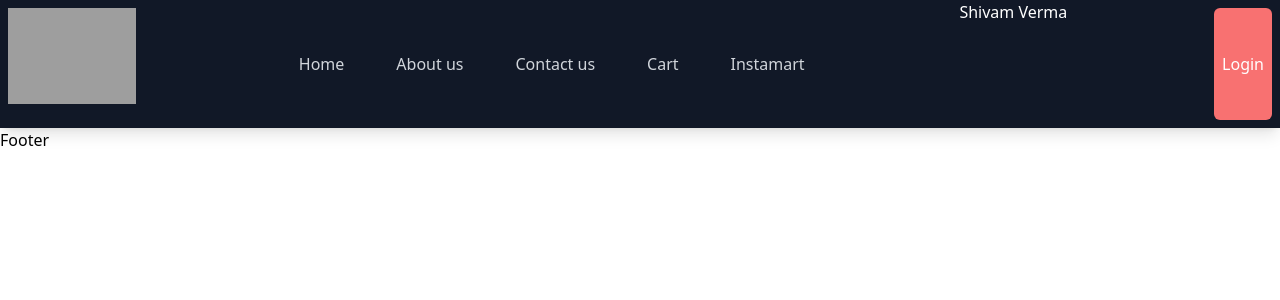
Repository: shivamv97/FOOD-VILLA-APP
Page: /
An editor plug-in stored every save of this project. The page is shown before and after the next save, followed by the edit.
The browser window is 1280 px wide. The pictures show the whole page.
Pictures or frames that could not be fetched are drawn as grey boxes. The page's requests for data from a server got no answer. The project was rebuilt for these pictures with package versions that can differ from the ones it lists, and the page was loaded fresh each time. No one was signed in, and anything a server would have sent is missing. Also part of the build but not shown: src/components/RestaurantCards.js, src/components/About.js, src/components/Error.js, src/components/ContactUs.js, src/utils/useRestaurant.js, src/components/RestaurantMenu.js, src/components/Profile.js.

Above is the page before, as saved 2024-09-27 16:28:31.

### index.html
<!DOCTYPE html>
<html lang="en" class="m-0 p-0">
  <head>
    <meta charset="UTF-8" />
    <meta name="viewport" content="width=device-width, initial-scale=1.0" />
    <title>Learning REACT</title>
    <link rel="stylesheet" href="style.css" />
    <!-- <script src="https://cdn.tailwindcss.com"></script> -->
  </head>
  <body>
    <div id="root">Not Rendered</div>
    <!-- <script
      crossorigin
      src="https://unpkg.com/react@18/umd/react.development.js"
    ></script>
    <script
      crossorigin
      src="https://unpkg.com/react-dom@18/umd/react-dom.development.js"
    ></script> -->
    <script type="module" src="src/App.js"></script>
  </body>
</html>

### src/App.js
import React, { lazy, Suspense } from "react";
import ReactDOM from "react-dom/client";
import HeaderComponent from "./components/Title";
import Body from "./components/Body";
import Footer from "./components/Footer";
import About from "./components/About";
import Error from "./components/Error";
import Contact from "./components/ContactUs";
import RestaurantMenu from "./components/RestaurantMenu";
import Profile from "./components/Profile";
import { createBrowserRouter, RouterProvider, Outlet } from "react-router-dom";
import Shimmer from "./components/Shimmer";
// import Instamart from "./components/Instamart";

const Instamart = lazy(() => import("./components/Instamart")); //Lazy Loading
//Return Promise

const AppLayout = () => {
  return (
    <>
      <HeaderComponent />
      <Outlet />
      <Footer />
    </>
  );
};

const appRouter = createBrowserRouter([
  {
    path: "/",
    element: <AppLayout />,
    errorElement: <Error />,
    children: [
      //Nested Routing
      {
        path: "/",
        element: <Body />,
      },
      {
        path: "/About", //parentPath/{path} => localhost:1234/about/profile
        element: <About />,
        children: [
          {
            path: "profile", //parentPath/{path} => localhost:1234/about/profile
            element: <Profile />,
          },
        ],
      },
      {
        path: "/Contact",
        element: <Contact />,
      },
      {
        path: "/Restaurant/:restaurantId", //Dynamic Routing
        element: <RestaurantMenu />,
      },
      {
        path: "/Instamart",
        element: (
          <Suspense fallback={<Shimmer />}>
            <Instamart />
          </Suspense>
        ),
      },
    ],
  },
]);

const root = ReactDOM.createRoot(document.getElementById("root"));

root.render(<RouterProvider router={appRouter} />);
//root will render according to the AppRouter

### src/components/Title.js
import { useState, useContext } from "react";
import { Link } from "react-router-dom";
import UserContext from "../utils/UserContext";
import useOnline from "../utils/useOnline";

const LoggedInUser = () => {
  //API used for authentication
  return true;
};

const Title = () => (
  <a href="/ ">
    <img
      className="h-28 p-2"
      alt="logo"
      src="https://encrypted-tbn0.gstatic.com/images?q=tbn:ANd9GcTJtFXKFKFoihdrJEvX4jBtXqfcO2kJ0KAlIg&s"
    />
  </a>
);

const HeaderComponent = () => {
  const [isLoggedIn, setisLoggedIn] = useState(false);

  const isOnline = useOnline();

  const { user } = useContext(UserContext);
  return (
    <div className="flex justify-between bg-gray-900 shadow-lg">
      <Title />
      <div className="nav-items">
        <ul className="flex py-10 gap-9 px-2">
          <li className="rounded-md py-3 px-2 font-medium text-gray-300 hover:bg-gray-500 hover:text-white">
            <Link to="/">Home </Link>
          </li>
          <li className="rounded-md py-3 px-2 font-medium text-gray-300 hover:bg-gray-500 hover:text-white">
            <Link to="/About">About us</Link>
          </li>
          <li className="rounded-md py-3 px-2 font-medium text-gray-300 hover:bg-gray-500 hover:text-white">
            <Link to="/Contact">Contact us</Link>
          </li>
          <li className="rounded-md py-3 px-2 font-medium text-gray-300 hover:bg-gray-500 hover:text-white">
            <Link to="#">Cart</Link>
          </li>
          <li className="rounded-md py-3 px-2 font-medium text-gray-300 hover:bg-gray-500 hover:text-white">
            <Link to="/Instamart">Instamart</Link>
          </li>
        </ul>
      </div>
      {/* <h1>{isOnline ? "🟢" : "No"}</h1> */}
      <h2 style={{ color: "white" }}>{user.name}</h2>
      {isLoggedIn ? (
        <button
          onClick={() => setisLoggedIn(false)}
          className="bg-red-400 text-white rounded-md m-2 p-2"
        >
          Logout
        </button>
      ) : (
        <button
          onClick={() => setisLoggedIn(true)}
          className="bg-red-400 text-white rounded-md m-2 p-2"
        >
          Login
        </button>
      )}
    </div>
  );
};

export default HeaderComponent;

### src/components/Body.js
import { restaurantlist, restaurant_data } from "../config";
import RestrauntCard from "./RestaurantCards";
import { useState, useEffect } from "react";
import Shimmer from "./Shimmer";
import { Link } from "react-router-dom";
import { filterdata } from "../utils/shares";
import useOnline from "../utils/useOnline";

const Body = () => {
  // const searchTxt = "KFC"; //for reference...(IN JS)
  const [AllRestaurants, setAllRestaurants] = useState([]);
  const [FilteredRestaurants, setFilteredRestaurants] = useState([]); //restaurantlist
  const [searchText, setsearchText] = useState(""); //To create state variable.......(IN REACT)
  // console.log("render()");

  useEffect(() => {
    //API call
    GetRestaurants();
  }, []);

  async function GetRestaurants() {
    const data = await fetch(restaurant_data);
    const json = await data.json();
    console.log(json);
    //you have to make change only in line 32,in cards[i],where i is keep changing in the above api link,try from 0-11
    //it's an config-driven UI,Hence,it's Grid Element position keeps on changing.......
    setAllRestaurants(
      json?.data?.cards[1]?.card?.card?.gridElements?.infoWithStyle?.restaurants
    );
    setFilteredRestaurants(
      json?.data?.cards[1]?.card?.card?.gridElements?.infoWithStyle?.restaurants
    );
  }
  const isOnline = useOnline();

  if (!isOnline) {
    return <h1>🚫Offline,please check your internet Connection!!</h1>; //early return
  }

  //Don't render component(Early Return)
  // if (!AllRestaurants) return null;
  // if (FilteredRestaurants?.length === 0) return <h1>No Restaurants Found!</h1>;

  //Conditional rendering
  return AllRestaurants?.length == 0 ? (
    <Shimmer />
  ) : (
    <>
      <div className="p-5 bg-green-50 my-5">
        <input
          type="text"
          className="search-input"
          placeholder="Search"
          value={searchText}
          onChange={(e) => {
            setsearchText(e.target.value);
          }}
        />
        <button
          className="p-2 m-2 bg-purple-600 text-white rounded-md hover:bg-green-400"
          onClick={() => {
            //filter the data according to need
            const data = filterdata(searchText, AllRestaurants);
            setFilteredRestaurants(data);
            //need to update the state-restauradnts
          }}
        >
          Search
        </button>
      </div>
      <div className="flex flex-wrap">
        {FilteredRestaurants.map((restaurant) => {
          return (
            <Link
              to={"/restaurant/" + restaurant.info.id}
              key={restaurant.info.id}
            >
              <RestrauntCard {...restaurant.info} />
            </Link>
          );
        })}
      </div>
    </>
  );
};

export default Body;

### src/components/Footer.js
const Footer = () => {
  return <h2>Footer</h2>;
};

export default Footer;

### src/components/Shimmer.js
const Shimmer = () => {
  return (
    <div className="restaurant-list">
      {Array(10)
        .fill("")
        .map((e, index) => (
          <div key={index} className="shimmer-card"></div>
        ))}
    </div>
  );
};

export default Shimmer;

### src/utils/UserContext.js
import { createContext } from "react";

const UserContext = createContext({
  user: {
    name: "Shivam Verma",
    email: "shivamkv97@gmail.com",
  },
});

export default UserContext;

### src/utils/useOnline.js
import { useEffect, useState } from "react";

const useOnline = () => {
  const [isOnline, setIsOnline] = useState(true);

  useEffect(() => {
    const handleonline = () => {
      setIsOnline(true);
    };
    const handleoffline = () => {
      setIsOnline(false);
    };
    window.addEventListener("online", handleonline); //junior+senior developer role
    window.addEventListener("offline", handleoffline);

    return () => {
      window.removeEventListener("online", handleonline); //senior developer role
      window.removeEventListener("offline", handleoffline);
    };
  }, []);

  return isOnline; //returns true or false
};

export default useOnline;

### src/config.js
//PUT MY all Hard Coded File Here
export const Img_cdn_url =
  "https://media-assets.swiggy.com/swiggy/image/upload/fl_lossy,f_auto,q_auto,h_600/";

export const restaurant_data =
  "https://www.swiggy.com/dapi/restaurants/list/v5?lat=12.960059122809971&lng=77.57337538383284&is-seo-homepage-enabled=true&page_type=DESKTOP_WEB_LISTING";

export const restaurantMenu_data_url =
  "https://www.swiggy.com/dapi/menu/pl?page-type=REGULAR_MENU&complete-menu=true&lat=12.960059122809971&lng=77.57337538383284&restaurantId=";

//Config Driven UI
export const restaurantlist = [
  //public API of Swiggy
  {
    "@type": "type.googleapis.com/swiggy.presentation.food.v2.Restaurant",
    info: {
      id: "8561",
      name: "Mughlai Junction",
      cloudinaryImageId: "tnl2yuuxi8zjbgru6iqj",
      locality: "Connaught Place",
      areaName: "Connaught Place",
      costForTwo: "₹600 for two",
      cuisines: ["Mughlai", "North Indian", "Tandoor"],
      avgRating: 4.3,
      parentId: "5354",
      avgRatingString: "4.3",
      totalRatingsString: "10K+",
      promoted: true,
      adTrackingId:
        "cid=15007607~p=0~adgrpid=15007607#ag1~mp=SWIGGY_IN~bl=FOOD~aet=RESTAURANT~aeid=8561~eid=321f01bc-98c6-405c-89d6-b18422bb8f70~srvts=1721229990431~collid=83639",
      sla: {
        deliveryTime: 37,
        lastMileTravel: 4.8,
        serviceability: "SERVICEABLE",
        slaString: "35-40 mins",
        lastMileTravelString: "4.8 km",
        iconType: "ICON_TYPE_EMPTY",
      },
      availability: {
        nextCloseTime: "2024-07-17 23:00:00",
        opened: true,
      },
      badges: {},
      isOpen: true,
      type: "F",
      badgesV2: {
        entityBadges: {
          textExtendedBadges: {},
          textBased: {},
          imageBased: {},
        },
      },
      aggregatedDiscountInfoV3: {
        header: "10% OFF",
        subHeader: "UPTO ₹35",
      },
      orderabilityCommunication: {
        title: {},
        subTitle: {},
        message: {},
        customIcon: {},
      },
      differentiatedUi: {
        displayType: "ADS_UI_DISPLAY_TYPE_ENUM_DEFAULT",
        differentiatedUiMediaDetails: {
          mediaType: "ADS_MEDIA_ENUM_IMAGE",
          lottie: {},
          video: {},
        },
      },
      reviewsSummary: {},
      displayType: "RESTAURANT_DISPLAY_TYPE_DEFAULT",
      restaurantOfferPresentationInfo: {},
      externalRatings: {
        aggregatedRating: {
          rating: "4.4",
          ratingCount: "1K+",
        },
        source: "GOOGLE",
        sourceIconImageId: "v1704440323/google_ratings/rating_google_tag",
      },
      ratingsDisplayPreference: "RATINGS_DISPLAY_PREFERENCE_SHOW_SWIGGY",
    },
    analytics: {},
    cta: {
      link: "swiggy://menu?restaurant_id=8561&source=collection&query=Biryani",
      text: "RESTAURANT_MENU",
      type: "DEEPLINK",
    },
    widgetId: "collectionV5RestaurantListWidget_SimRestoRelevance_food",
  },

  {
    "@type": "type.googleapis.com/swiggy.presentation.food.v2.Restaurant",
    info: {
      id: "817359",
      name: "Zahra Restaurant & Cafe",
      cloudinaryImageId: "asaqtuuszx7hzmxpnfpo",
      locality: "Old Delhi",
      areaName: "Old Delhi",
      costForTwo: "₹300 for two",
      cuisines: ["Indian", "Tandoor", "Kebabs", "Snacks", "Biryani"],
      avgRating: 4.3,
      parentId: "229129",
      avgRatingString: "4.3",
      totalRatingsString: "100+",
      sla: {
        deliveryTime: 29,
        lastMileTravel: 1.3,
        serviceability: "SERVICEABLE",
        slaString: "25-30 mins",
        lastMileTravelString: "1.3 km",
        iconType: "ICON_TYPE_EMPTY",
      },
      availability: {
        nextCloseTime: "2024-07-17 22:59:00",
        opened: true,
      },
      badges: {},
      isOpen: true,
      type: "F",
      badgesV2: {
        entityBadges: {
          textExtendedBadges: {},
          textBased: {},
          imageBased: {},
        },
      },
      aggregatedDiscountInfoV3: {
        header: "50% OFF",
        subHeader: "UPTO ₹100",
      },
      orderabilityCommunication: {
        title: {},
        subTitle: {},
        message: {},
        customIcon: {},
      },
      differentiatedUi: {
        displayType: "ADS_UI_DISPLAY_TYPE_ENUM_DEFAULT",
        differentiatedUiMediaDetails: {
          mediaType: "ADS_MEDIA_ENUM_IMAGE",
          lottie: {},
          video: {},
        },
      },
      reviewsSummary: {},
      displayType: "RESTAURANT_DISPLAY_TYPE_DEFAULT",
      restaurantOfferPresentationInfo: {},
      externalRatings: {
        aggregatedRating: {
          rating: "--",
        },
      },
      ratingsDisplayPreference: "RATINGS_DISPLAY_PREFERENCE_SHOW_SWIGGY",
    },
    analytics: {},
    cta: {
      link: "swiggy://menu?restaurant_id=817359&source=collection&query=Biryani",
      text: "RESTAURANT_MENU",
      type: "DEEPLINK",
    },
    widgetId: "collectionV5RestaurantListWidget_SimRestoRelevance_food",
  },

  {
    "@type": "type.googleapis.com/swiggy.presentation.food.v2.Restaurant",
    info: {
      id: "81523",
      name: "Amma Mess",
      cloudinaryImageId: "a09jpzja1zusso85bbmz",
      locality: "Karol Bagh",
      areaName: "Karol Bagh",
      costForTwo: "₹300 for two",
      cuisines: ["South Indian"],
      avgRating: 4.5,
      parentId: "15687",
      avgRatingString: "4.5",
      totalRatingsString: "10K+",
      promoted: true,
      adTrackingId:
        "cid=15010070~p=1~adgrpid=15010070#ag1~mp=SWIGGY_IN~bl=FOOD~aet=RESTAURANT~aeid=81523~eid=b2807d99-426d-4265-8bac-9448c8101a5f~srvts=1721229990431~collid=83639",
      sla: {
        deliveryTime: 37,
        lastMileTravel: 6.3,
        serviceability: "SERVICEABLE",
        slaString: "35-40 mins",
        lastMileTravelString: "6.3 km",
        iconType: "ICON_TYPE_EMPTY",
      },
      availability: {
        nextCloseTime: "2024-07-17 22:30:00",
        opened: true,
      },
      badges: {},
      isOpen: true,
      aggregatedDiscountInfoV2: {},
      type: "F",
      badgesV2: {
        entityBadges: {
          textBased: {},
          imageBased: {},
          textExtendedBadges: {},
        },
      },
      orderabilityCommunication: {
        title: {},
        subTitle: {},
        message: {},
        customIcon: {},
      },
      differentiatedUi: {
        displayType: "ADS_UI_DISPLAY_TYPE_ENUM_DEFAULT",
        differentiatedUiMediaDetails: {
          mediaType: "ADS_MEDIA_ENUM_IMAGE",
          lottie: {},
          video: {},
        },
      },
      reviewsSummary: {},
      displayType: "RESTAURANT_DISPLAY_TYPE_DEFAULT",
      restaurantOfferPresentationInfo: {},
      externalRatings: {
        aggregatedRating: {
          rating: "4.2",
          ratingCount: "1K+",
        },
        source: "GOOGLE",
        sourceIconImageId: "v1704440323/google_ratings/rating_google_tag",
      },
      ratingsDisplayPreference: "RATINGS_DISPLAY_PREFERENCE_SHOW_SWIGGY",
    },
    analytics: {},
    cta: {
      link: "swiggy://menu?restaurant_id=81523&source=collection&query=Biryani",
      text: "RESTAURANT_MENU",
      type: "DEEPLINK",
    },
    widgetId: "collectionV5RestaurantListWidget_SimRestoRelevance_food",
  },

  {
    "@type": "type.googleapis.com/swiggy.presentation.food.v2.Restaurant",
    info: {
      id: "144716",
      name: "Mughlai Invitation",
      cloudinaryImageId: "a4530760ed2ff35b487605618cc6dc45",
      areaName: "Chandni Chowk",
      costForTwo: "₹200 for two",
      cuisines: ["Indian", "Mughlai", "Biryani", "Sweets"],
      avgRating: 4.6,
      parentId: "141076",
      avgRatingString: "4.6",
      totalRatingsString: "100+",
      sla: {
        deliveryTime: 30,
        lastMileTravel: 1.5,
        serviceability: "SERVICEABLE",
        slaString: "30-35 mins",
        lastMileTravelString: "1.5 km",
        iconType: "ICON_TYPE_EMPTY",
      },
      availability: {
        nextCloseTime: "2024-07-17 22:59:00",
        opened: true,
      },
      badges: {},
      isOpen: true,
      aggregatedDiscountInfoV2: {},
      type: "F",
      badgesV2: {
        entityBadges: {
          textExtendedBadges: {},
          textBased: {},
          imageBased: {},
        },
      },
      orderabilityCommunication: {
        title: {},
        subTitle: {},
        message: {},
        customIcon: {},
      },
      differentiatedUi: {
        displayType: "ADS_UI_DISPLAY_TYPE_ENUM_DEFAULT",
        differentiatedUiMediaDetails: {
          mediaType: "ADS_MEDIA_ENUM_IMAGE",
          lottie: {},
          video: {},
        },
      },
      reviewsSummary: {},
      displayType: "RESTAURANT_DISPLAY_TYPE_DEFAULT",
      restaurantOfferPresentationInfo: {},
      externalRatings: {
        aggregatedRating: {
          rating: "4.8",
          ratingCount: "100+",
        },
        source: "GOOGLE",
        sourceIconImageId: "v1704440323/google_ratings/rating_google_tag",
      },
      ratingsDisplayPreference: "RATINGS_DISPLAY_PREFERENCE_SHOW_SWIGGY",
    },
    analytics: {},
    cta: {
      link: "swiggy://menu?restaurant_id=144716&source=collection&query=Biryani",
      text: "RESTAURANT_MENU",
      type: "DEEPLINK",
    },
    widgetId: "collectionV5RestaurantListWidget_SimRestoRelevance_food",
  },

  {
    "@type": "type.googleapis.com/swiggy.presentation.food.v2.Restaurant",
    info: {
      id: "64321",
      name: "Southern Masala",
      cloudinaryImageId: "14527e27a298304dd07904f777372cb5",
      locality: "Karol Bagh",
      areaName: "Karol Bagh",
      costForTwo: "₹350 for two",
      cuisines: ["Andhra", "Biryani", "South Indian", "Thalis"],
      avgRating: 3.9,
      parentId: "17286",
      avgRatingString: "3.9",
      totalRatingsString: "1K+",
      promoted: true,
      adTrackingId:
        "cid=15472783~p=2~adgrpid=15472783#ag1~mp=SWIGGY_IN~bl=FOOD~aet=RESTAURANT~aeid=64321~eid=785e1ed6-7474-46a2-ba9f-4a9325d5fabc~srvts=1721229990431~collid=83639",
      sla: {
        deliveryTime: 38,
        lastMileTravel: 5,
        serviceability: "SERVICEABLE",
        slaString: "35-40 mins",
        lastMileTravelString: "5.0 km",
        iconType: "ICON_TYPE_EMPTY",
      },
      availability: {
        nextCloseTime: "2024-07-17 22:00:00",
        opened: true,
      },
      badges: {},
      isOpen: true,
      type: "F",
      badgesV2: {
        entityBadges: {
          textBased: {},
          imageBased: {},
          textExtendedBadges: {},
        },
      },
      aggregatedDiscountInfoV3: {
        header: "₹125 OFF",
        subHeader: "ABOVE ₹199",
        discountTag: "FLAT DEAL",
      },
      orderabilityCommunication: {
        title: {},
        subTitle: {},
        message: {},
        customIcon: {},
      },
      differentiatedUi: {
        displayType: "ADS_UI_DISPLAY_TYPE_ENUM_DEFAULT",
        differentiatedUiMediaDetails: {
          mediaType: "ADS_MEDIA_ENUM_IMAGE",
          lottie: {},
          video: {},
        },
      },
      reviewsSummary: {},
      displayType: "RESTAURANT_DISPLAY_TYPE_DEFAULT",
      restaurantOfferPresentationInfo: {},
      externalRatings: {
        aggregatedRating: {
          rating: "4.1",
          ratingCount: "100+",
        },
        source: "GOOGLE",
        sourceIconImageId: "v1704440323/google_ratings/rating_google_tag",
      },
      ratingsDisplayPreference: "RATINGS_DISPLAY_PREFERENCE_SHOW_SWIGGY",
    },
    analytics: {},
    cta: {
      link: "swiggy://menu?restaurant_id=64321&source=collection&query=Biryani",
      text: "RESTAURANT_MENU",
      type: "DEEPLINK",
    },
    widgetId: "collectionV5RestaurantListWidget_SimRestoRelevance_food",
  },
];

### src/utils/shares.js
export function filterdata(searchText, restaurants) {
  return restaurants.filter((restaurant) =>
    restaurant.info.name.toLowerCase().includes(searchText.toLowerCase())
  );
}

Loaded but not shown: style.css (common file); tailwind.config.js (common file)

After the next save:
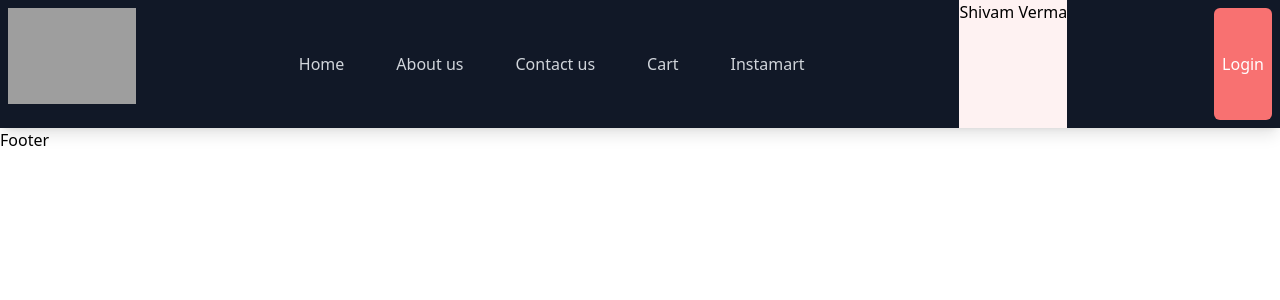
Saved 9 min 47 s later.
--- a/src/components/Title.js
+++ b/src/components/Title.js
@@ -47,7 +47,7 @@
         </ul>
       </div>
       {/* <h1>{isOnline ? "🟢" : "No"}</h1> */}
-      <h2 style={{ color: "white" }}>{user.name}</h2>
+      <h2 className="bg-red-50">{user.name}</h2>
       {isLoggedIn ? (
         <button
           onClick={() => setisLoggedIn(false)}

After the save that followed:
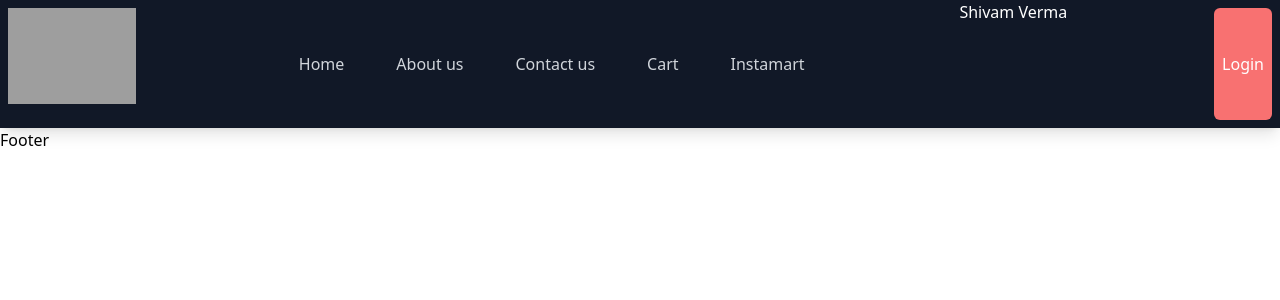
Saved 38 s later.
--- a/src/components/Title.js
+++ b/src/components/Title.js
@@ -47,7 +47,7 @@
         </ul>
       </div>
       {/* <h1>{isOnline ? "🟢" : "No"}</h1> */}
-      <h2 className="bg-red-50">{user.name}</h2>
+      <h2 className="text-white">{user.name}</h2>
       {isLoggedIn ? (
         <button
           onClick={() => setisLoggedIn(false)}
